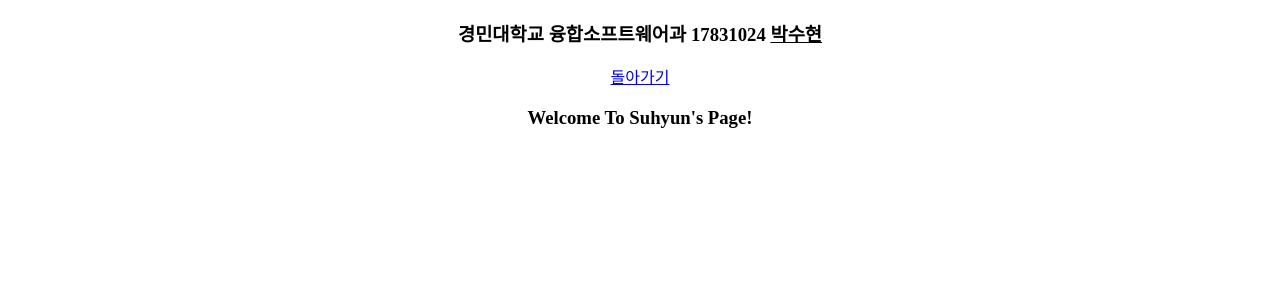
Repository: hyun5292/school
Page: JSP/Login/Login/WebContent/JoinResult.html
An editor plug-in stored every save of this project. The page is shown before and after the next save, followed by the edit.
The browser window is 1280 px wide. The pictures show the whole page.

Above is the page before, as saved 2019-06-02 02:04:08.

After the next save:
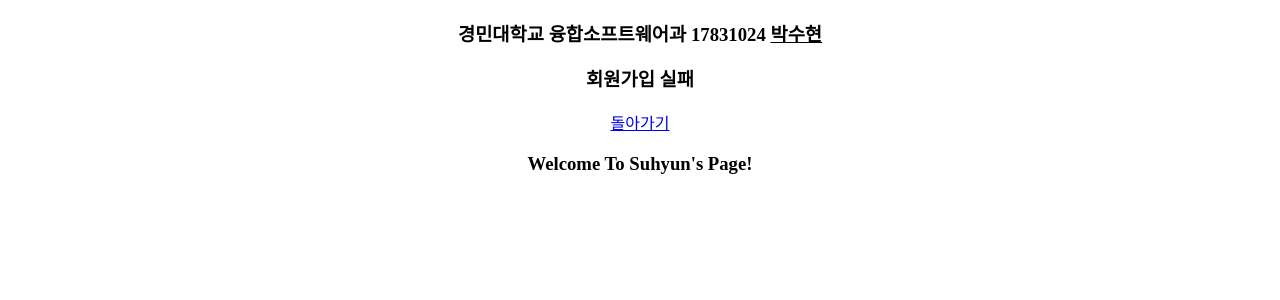
Saved 15 s later.
--- a/JSP/Login/Login/WebContent/JoinResult.html
+++ b/JSP/Login/Login/WebContent/JoinResult.html
@@ -11,6 +11,8 @@
 			<ins>박수현</ins>
 		</h3>
 
+		<h3>회원가입 실패</h3>
+
 		<a href="Login.html">돌아가기</a>
 
 		<br>
